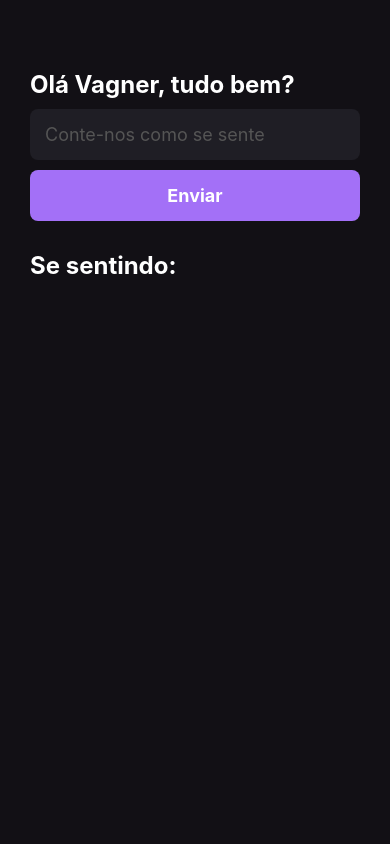
Repository: vagnereix/01-myskills-trilha-react-native
Screen: /
The author's editor kept a copy of each file at every save. The screen is drawn from the files as they stood at one save, then again after the next save.
The app was drawn by React Native's web renderer in a window 390 px wide. The project was rebuilt for these pictures with package versions that can differ from the ones it lists, and the page was loaded fresh each time.

Above is the screen before, as saved 2021-06-17 17:58:28.

After the next save:
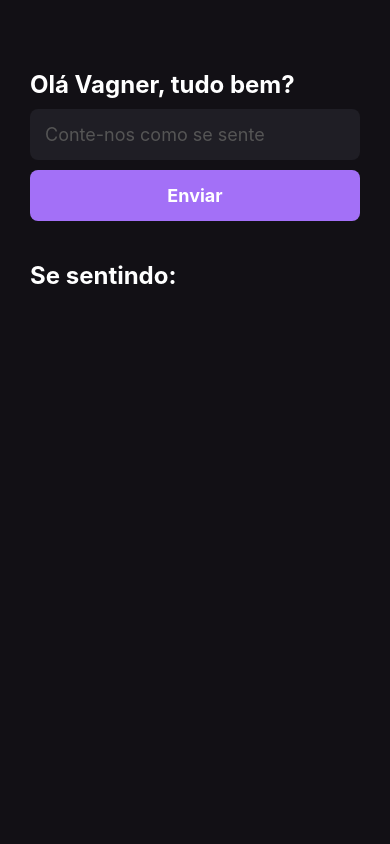
Saved 5 s later.
--- a/pages/home.tsx
+++ b/pages/home.tsx
@@ -34,7 +34,7 @@ export function Home() {
           <Text style={styles.touchText}>Enviar</Text>
         </TouchableOpacity>
 
-        <Text style={[styles.title, {marginTop: 30}]}>Se sentindo:</Text>
+        <Text style={[styles.title, {marginTop: 40}]}>Se sentindo:</Text>
         <Text style={styles.feeling}>{ feeling }</Text>
       </View>
     );
